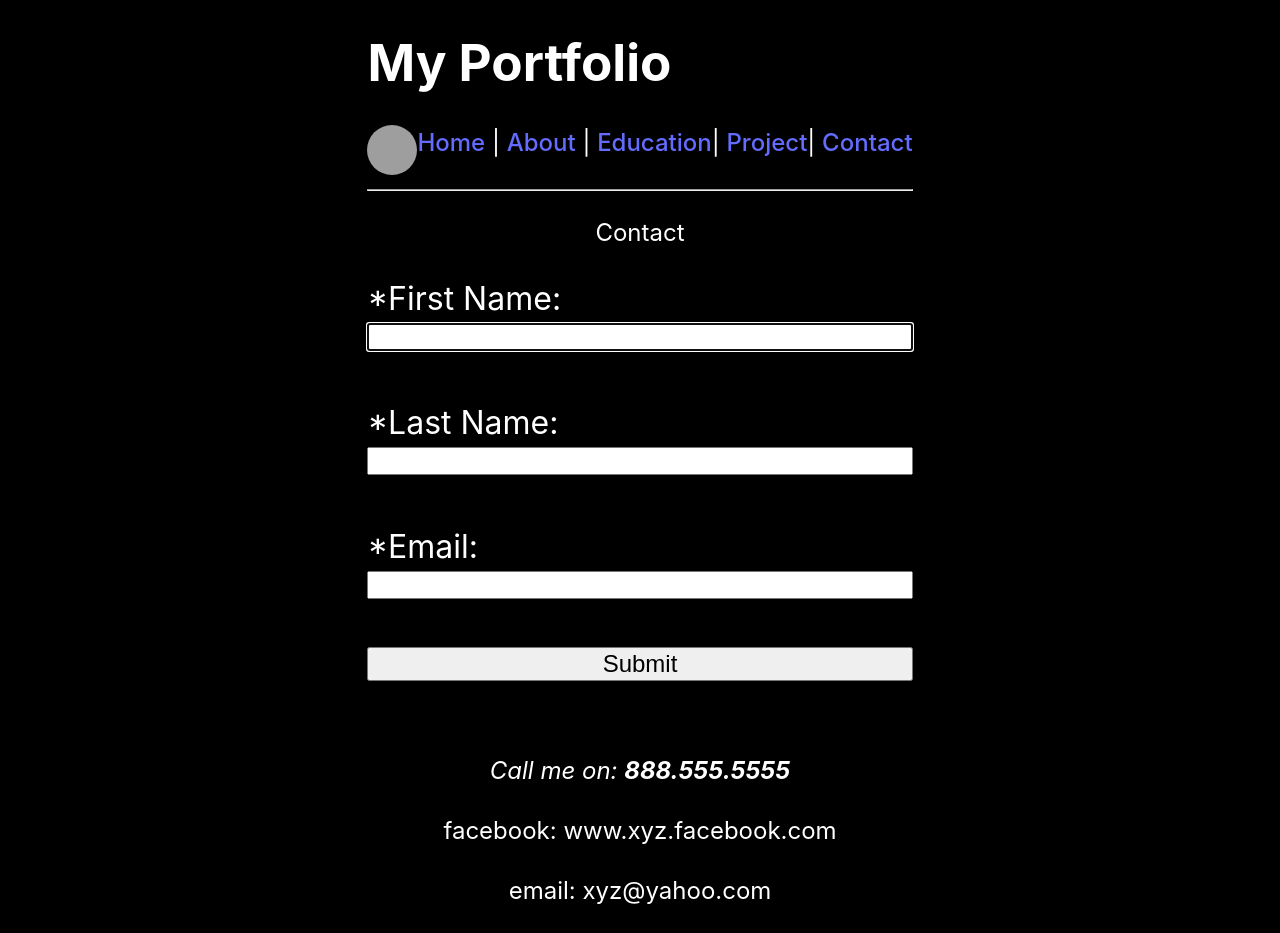
Repository: aislandmin/Personal-Portfolio-Express-MongoDB
Page: /contact (app in client/)
An editor plug-in stored every save of this project. The page is shown before and after a run of saves, followed by the edit.
The browser window is 1280 px wide. The pictures show the whole page.
Pictures or frames that could not be fetched are drawn as grey boxes. The project was rebuilt for these pictures with package versions that can differ from the ones it lists, and the page was loaded fresh each time. Also part of the build but not shown: client/vite.config.js, client/components/Home.jsx, client/src/about.css, client/src/about.jsx, client/src/education.jsx, client/src/project.css, client/src/project.jsx.

Above is the page before, as saved 2024-10-07 21:16:33.

### client/src/App.jsx
import React from 'react';
import { BrowserRouter as Router } from 'react-router-dom';
//import { ThemeProvider } from '@material-ui/styles';
import MainRouter from '../MainRouter';
//import Contact from './contact'
//import theme from '../theme';
//import { hot } from 'react-hot-loader'
const App = () => {
 return (
 <Router>

 <MainRouter />

 </Router>
 );
};
export default App;

### client/src/index.css
:root {
  font-family: Inter, system-ui, Avenir, Helvetica, Arial, sans-serif;
  line-height: 1.5;
  font-weight: 400;

  color-scheme: light dark;
  color: rgba(255, 255, 255, 0.87);
  background-color: #242424;

  font-synthesis: none;
  text-rendering: optimizeLegibility;
  -webkit-font-smoothing: antialiased;
  -moz-osx-font-smoothing: grayscale;
}

a {
  font-weight: 500;
  color: #646cff;
  text-decoration: inherit;
}
a:hover {
  color: #535bf2;
}

body {
  margin: 0;

  place-items: center;
  min-width: 320px;
  min-height: 100vh;
  background-color:black;
  color:white;
  align-content: center;
}

h1 {
  font-size: 3.2em;
  line-height: 1.1;
}

button {
  border-radius: 8px;
  border: 1px solid transparent;
  padding: 0.6em 1.2em;
  font-size: 1em;
  font-weight: 500;
  font-family: inherit;
  background-color: #1a1a1a;
  cursor: pointer;
  transition: border-color 0.25s;
}
button:hover {
  border-color: #646cff;
}
button:focus,
button:focus-visible {
  outline: 4px auto -webkit-focus-ring-color;
}

@media (prefers-color-scheme: light) {
  :root {
    color: #213547;
    background-color: #ffffff;
  }
  a:hover {
    color: #747bff;
  }
  button {
    background-color: #f9f9f9;
  }
}

nav {
float:right;
font-size:x-large;

}






.bg{
  position:absolute;
  top: -4em;
  right: 0;
  z-index: -1;
  object-fit: cover;
  height: 100vh;

}

.introContent {
  height: 100vh;
  width: 100vw;
  padding: 3em;
  padding-top: 1em;
  font-size: 3em;
  font-weight: 700;

  justify-content: center;
}

.hello {
  font-size: 1.75rem;
  font-weight:100px;
}

.introName {
  color: Blue;
}


.introPara {
  font-size: 40px;
  font-weight: 100;
}

.btn {
  background: white;
  margin: 1rem 0;
  padding: 0.75rem 1.5rem;
  border: none;
  border-radius: 2rem;
}


.btnImg{
  object-fit: cover;
  margin: 0 0.25rem;
  height: 1rem;
}

@media screen and (max-width:480px){
  .bg {
    right: -20vw
  }
}

img{
border-radius: 90%;
size: 40px;

}

html{
  scroll-behavior: smooth;
  overflow-x: hidden;
  overflow-y: scroll;
  margin-left: auto;
  margin-right: auto;
}

### client/MainRouter.jsx
import React from 'react'
import { Route, Routes } from 'react-router-dom'
import Home from './components/Home'
import About from './src/about'
import Contact from './src/contact'
import Education from './src/education'
import Project from './src/project'
import Layout from './components/layout'
const MainRouter = () => {
 return (<div>
 <Layout/>
 <Routes>

<Route exact path="/" element={<Home />} />
<Route exact path="/about" element={<About />} />
<Route exact path="/education" element={<Education />} />
<Route exact path="/project" element={<Project />} />
<Route exact path="/contact" element={<Contact />} />

 </Routes>
 </div>
 )
}
export default MainRouter

### client/src/contact.jsx
/*import '../src/contact.css'
import {create} from '../contact/api-contact.js'
//import {create} from './api-shop.js'
import {Link, Navigate} from 'react-router-dom'
export default function Contact() {
     return (
     <>
     <p>Contact</p>
     <form id="ffp">


				<label htmlFor="myFName"> *First Name: </label>
				<input type="text" id="myFName" name="myFName" required="required" autoFocus /> <br /> <br />

				<label htmlFor="myLName"> *Last Name: </label>
				<input type="text" id="myLName" name="myLName" required="required" /> <br /> <br />


				<label htmlFor="myEmail"> *Email: </label>
				<input type="email" id="myEmail" name="myEmail" required="required" /> <br /> <br />

				<input type="submit" className="submit" value="Submit" /> <br />


		</form> <br></br>
          <p><i>Call me on: <strong>888.555.5555 </strong></i></p>
 <p>facebook:www.xyz.facebook.com</p>
 <p>email:xyz@yahoo.com</p>
     </>
     );
     }
     */


     import '../src/contact.css';
import { useState } from 'react';


export default function Contact() {
    const [formData, setFormData] = useState({
        myFName: '',
        myLName: '',
        myEmail: '',
    });

    const handleChange = (event) => {
        const { name, value } = event.target;
        setFormData((prevData) => ({
            ...prevData,
            [name]: value,
        }));
    };

    const handleSubmit = async (event) => {
        event.preventDefault(); // Prevent the default form submission

        try {
            const response = await fetch('http://localhost:3000/api/contacts', {
                method: 'POST',
                headers: {
                    'Content-Type': 'application/json',
                },
                body: JSON.stringify(formData),
            });

            if (!response.ok) {
                throw new Error('Network response was not ok');
            }

            const result = await response.json();
            console.log('Success:', result);
            alert('Data saved successfully!');
            // Optionally reset the form
            setFormData({
                myFName: '',
                myLName: '',
                myEmail: '',
            });
        } catch (error) {
            console.error('Error:', error);
            alert('There was an error saving the data.');
        }
    };

    return (
        <>
            <p>Contact</p>
            <form id="ffp" onSubmit={handleSubmit}>
                <label htmlFor="myFName"> *First Name: </label>
                <input
                    type="text"
                    id="myFName"
                    name="myFName"
                    value={formData.myFName}
                    onChange={handleChange}
                    required
                    autoFocus
                />
                <br />
                <br />

                <label htmlFor="myLName"> *Last Name: </label>
                <input
                    type="text"
                    id="myLName"
                    name="myLName"
                    value={formData.myLName}
                    onChange={handleChange}
                    required
                />
                <br />
                <br />

                <label htmlFor="myEmail"> *Email: </label>
                <input
                    type="email"
                    id="myEmail"
                    name="myEmail"
                    value={formData.myEmail}
                    onChange={handleChange}
                    required
                />
                <br />
                <br />

                <input type="submit" className="submit" value="Submit" />
                <br />
            </form>
            <br />
            <p>
                <i>Call me on: <strong>888.555.5555 </strong></i>
            </p>
            <p>facebook: www.xyz.facebook.com</p>
            <p>email: xyz@yahoo.com</p>
        </>
    );
}

### client/components/layout.jsx
import React from 'react';
import { Link } from 'react-router-dom';
import football1 from '../src/assets/football1.jfif';
export default function Layout() {
 return (
 <>

 <h1>My Portfolio</h1>

 < img src={football1}alt="football" className="football" width="50px" height="50px"/>
 <nav>

 <Link to="/">Home</Link> | <Link to="/about">About</Link> | <Link to="/education">Education</Link>| <Link to="/project">Project</Link>| <Link to="/contact">Contact</Link>
 </nav>

<br/>
 <hr />

 </>

 );
}

### client/src/contact.css
#ffp{




    max-width: 50rem;
    display: flex;
    flex-direction: column;
    justify-content: center;
    margin: 0 auto;


}

label{
    font-size:xx-large;
}

input{
    font-size: larger;
}

.submit{
    font-size:x-large;
}

p,a{
    font-size:x-large;
    text-align: center;
}

### client/src/education.css
:root {
    font-family: Inter, system-ui, Avenir, Helvetica, Arial, sans-serif;
    line-height: 1.5;
    font-weight: 400;

    color-scheme: light dark;
    color: rgba(255, 255, 255, 0.87);
    background-color: #242424;

    font-synthesis: none;
    text-rendering: optimizeLegibility;
    -webkit-font-smoothing: antialiased;
    -moz-osx-font-smoothing: grayscale;
  }

  a {
    font-weight: 500;
    color: #646cff;
    text-decoration: inherit;
  }
  a:hover {
    color: #535bf2;
  }

  body {
    margin: auto;

    place-items: center;
    min-width: 320px;
    min-height: 100vh;
    background-color:black;
    color:white;
    align-content: center;
  }

  h1 {
    font-size: 3.2em;
    line-height: 1.1;
  }

  button {
    border-radius: 8px;
    border: 1px solid transparent;
    padding: 0.6em 1.2em;
    font-size: 1em;
    font-weight: 500;
    font-family: inherit;
    background-color: #1a1a1a;
    cursor: pointer;
    transition: border-color 0.25s;
  }
  button:hover {
    border-color: #646cff;
  }
  button:focus,
  button:focus-visible {
    outline: 4px auto -webkit-focus-ring-color;
  }

  @media (prefers-color-scheme: light) {
    :root {
      color: #213547;
      background-color: #ffffff;
    }
    a:hover {
      color: #747bff;
    }
    button {
      background-color: #f9f9f9;
    }
  }

  nav {
  float:right;
  font-size:x-large;

  }






  .bg{
    position:absolute;
    top: -4em;
    right: 0;
    z-index: -1;
    object-fit: cover;
    height: 100vh;

  }

  .introContent {
    height: 100vh;
    width: 100vw;
    padding: 3em;
    padding-top: 1em;
    font-size: 3em;
    font-weight: 700;

    justify-content: center;
  }

  .hello {
    font-size: 1.75rem;
    font-weight:100px;
  }

  .introName {
    color: Blue;
  }


  .introPara {
    font-size: 40px;
    font-weight: 100;
  }

  .btn {
    background: white;
    margin: 1rem 0;
    padding: 0.75rem 1.5rem;
    border: none;
    border-radius: 2rem;
  }


  .btnImg{
    object-fit: cover;
    margin: 0 0.25rem;
    height: 1rem;
  }

  @media screen and (max-width:480px){
    .bg {
      right: -20vw
    }
  }

  img{
  border-radius: 90%;
  size: 40px;

  }

  html{
    scroll-behavior: smooth;
    overflow-x: hidden;
    overflow-y: scroll;
    margin-left: auto;
    margin-right: auto;
  }

### client/contact/api-contact.js
const create = async (params, credentials, contact) => {
    try {
      let response = await fetch('/api/contacts/by/'+ params.contactId, {
        method: 'POST',
        headers: {
          'Accept': 'application/json',
          'Authorization': 'Bearer ' + credentials.t
        },
        body: contact
      })
        return response.json()
      } catch(err) {
        console.log(err)
      }
  }

  const list = async (signal) => {
    try {
      let response = await fetch('/api/contacts', {
        method: 'GET',
        signal: signal
      })
      return response.json()
    }catch(err) {
      console.log(err)
    }
  }

  const listByOwner = async (params, credentials, signal) => {
    try {
      let response = await fetch('/api/contacts/by/'+params.contactId, {
        method: 'GET',
        signal: signal,
        headers: {
          'Accept': 'application/json',
          'Authorization': 'Bearer ' + credentials.t
        }
      })
      return response.json()
    }catch(err){
      console.log(err)
    }
  }

  const read = async (params, signal) => {
    try {
      let response = await fetch('/api/contact/' + params.contactId, {
        method: 'GET',
        signal: signal,
      })
      return response.json()
    }catch(err) {
      console.log(err)
    }
  }

  const update = async (params, credentials, contact) => {
    try {
      let response = await fetch('/api/contacts/' + params.contactId, {
        method: 'PUT',
        headers: {
          'Accept': 'application/json',
          'Authorization': 'Bearer ' + credentials.t
        },
        body: contact
      })
      return response.json()
    } catch(err) {
      console.log(err)
    }
  }

  const remove = async (params, credentials) => {
    try {
      let response = await fetch('/api/contacts/' + params.contactId, {
        method: 'DELETE',
        headers: {
          'Accept': 'application/json',
          'Content-Type': 'application/json',
          'Authorization': 'Bearer ' + credentials.t
        }
      })
      return response.json()
    } catch(err) {
      console.log(err)
    }
  }

  export {
    create,
    list,
    listByOwner,
    read,
    update,
    remove
  }

Loaded but not shown: client/index.html (common file); client/src/main.jsx (common file)

After the next 2 saves:
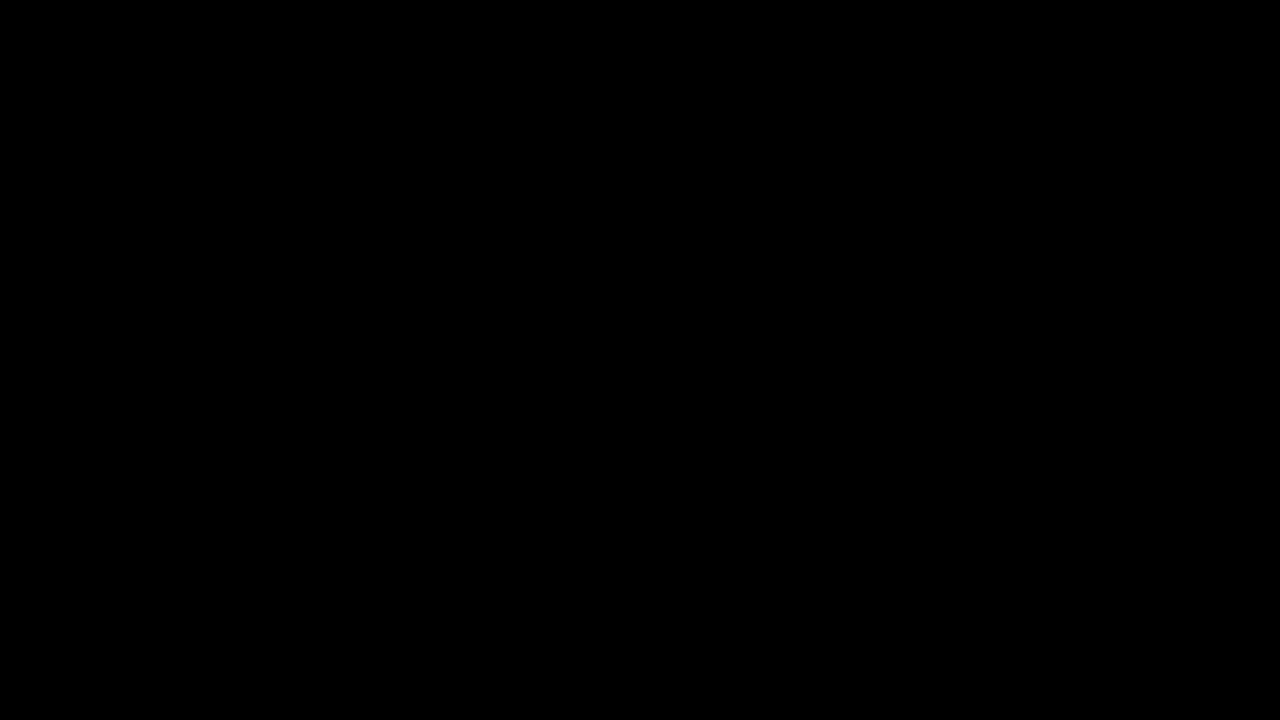
Console error (its wording comes from the project's code and is left out).
The 2 saves are shown as one change because 1 did not build or start.
The last was saved 25 min 14 s later.
--- a/client/src/contact.jsx
+++ b/client/src/contact.jsx
@@ -32,7 +32,7 @@
      */
 
 
-     import '../src/contact.css';
+   /*  import '../src/contact.css';
 import { useState } from 'react';
 
 
@@ -135,3 +135,4 @@
         </>
     );
 }
+*/

After the 2 saves that followed:
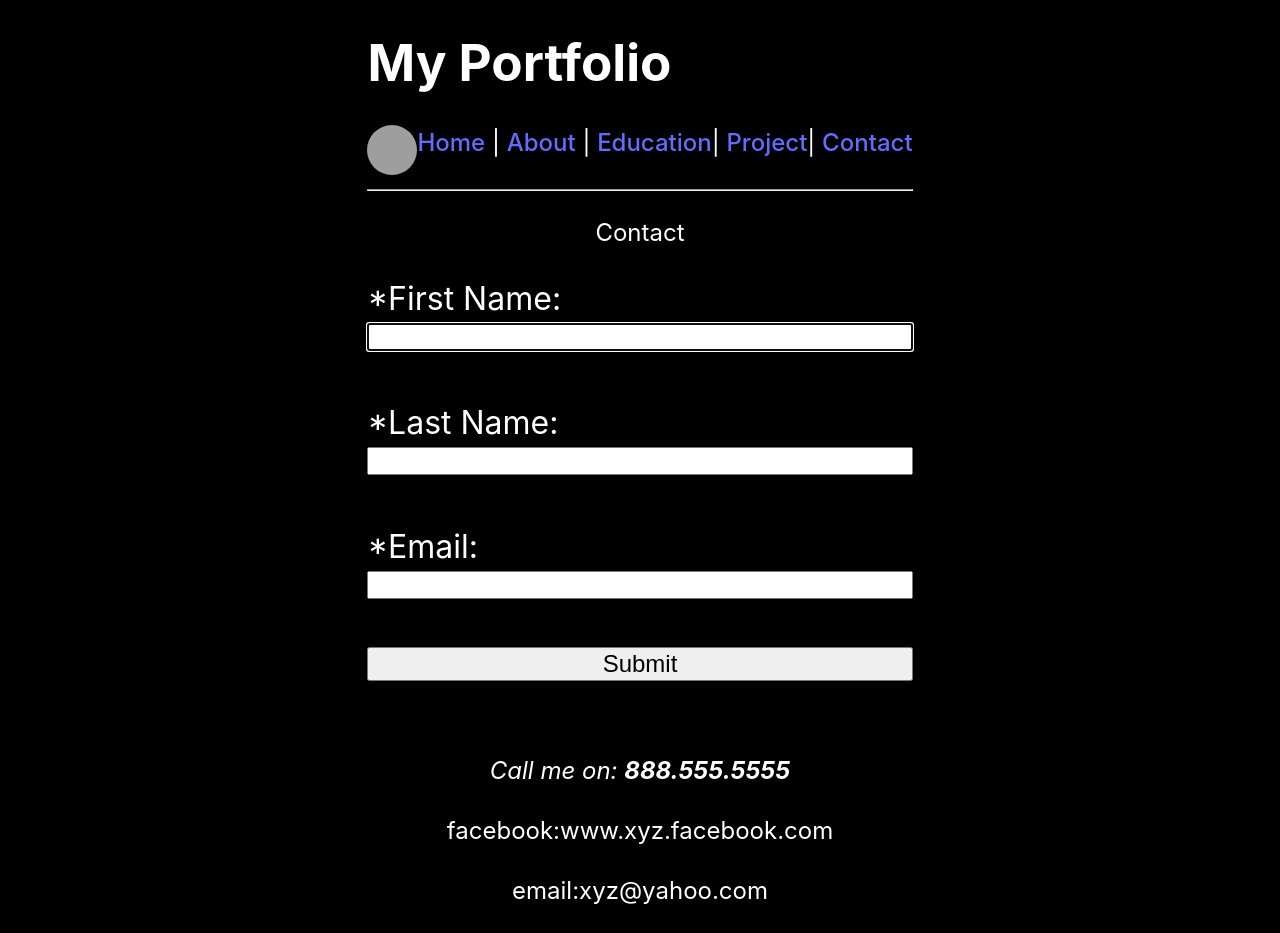
The error is gone.
The 2 saves are shown as one change because 1 did not build or start.
The last was saved 22 s later.
--- a/client/src/contact.jsx
+++ b/client/src/contact.jsx
@@ -1,4 +1,4 @@
-/*import '../src/contact.css'
+import '../src/contact.css'
 import {create} from '../contact/api-contact.js'
 //import {create} from './api-shop.js'
 import {Link, Navigate} from 'react-router-dom'
@@ -29,7 +29,7 @@
      </>
      );
      }
-     */
+
 
 
    /*  import '../src/contact.css';
